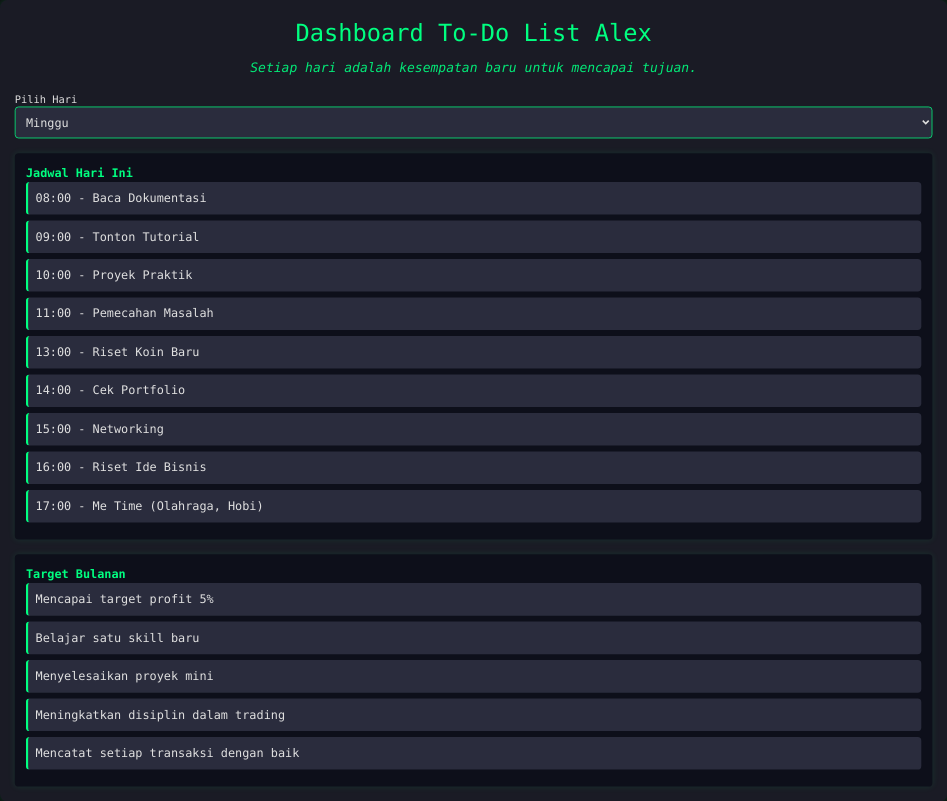
Repository: ALEX-RPL/To-Do-List
Page: index.html
An editor plug-in stored every save of this project. The page is shown before and after the next save, followed by the edit.
The browser window is 1280 px wide. The pictures show the whole page, at 74% of full size.
Some web libraries are served in a nearby version.

Above is the page before, as saved 2024-11-04 18:09:38.

After the next save:
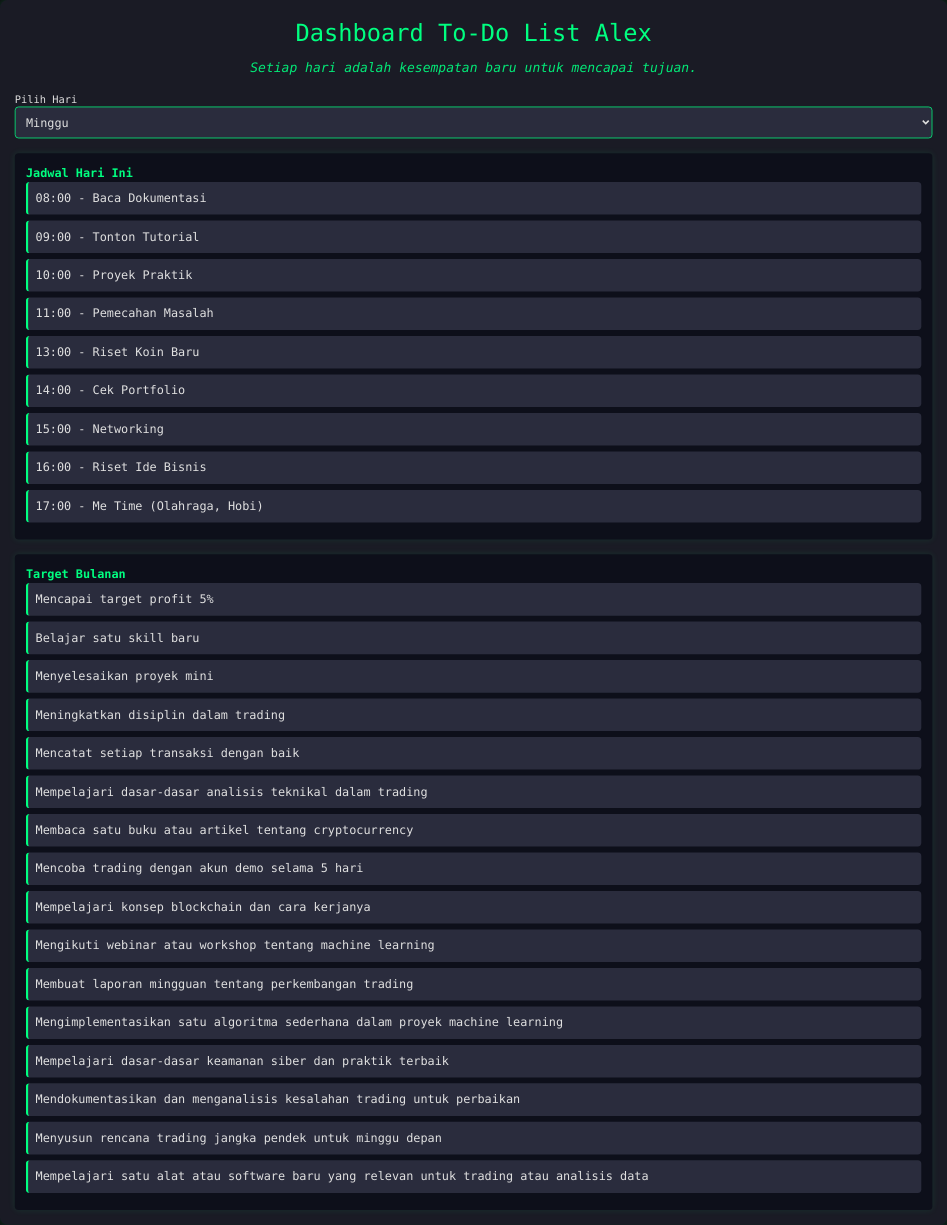
Saved 2 min 6 s later.
--- a/index.html
+++ b/index.html
@@ -216,12 +216,24 @@
     };
 
     const targetMingguan = [
-        "Mencapai target profit 5%",
-        "Belajar satu skill baru",
-        "Menyelesaikan proyek mini",
-        "Meningkatkan disiplin dalam trading",
-        "Mencatat setiap transaksi dengan baik"
-    ];
+    "Mencapai target profit 5%",
+    "Belajar satu skill baru",
+    "Menyelesaikan proyek mini",
+    "Meningkatkan disiplin dalam trading",
+    "Mencatat setiap transaksi dengan baik",
+    "Mempelajari dasar-dasar analisis teknikal dalam trading",
+    "Membaca satu buku atau artikel tentang cryptocurrency",
+    "Mencoba trading dengan akun demo selama 5 hari",
+    "Mempelajari konsep blockchain dan cara kerjanya",
+    "Mengikuti webinar atau workshop tentang machine learning",
+    "Membuat laporan mingguan tentang perkembangan trading",
+    "Mengimplementasikan satu algoritma sederhana dalam proyek machine learning",
+    "Mempelajari dasar-dasar keamanan siber dan praktik terbaik",
+    "Mendokumentasikan dan menganalisis kesalahan trading untuk perbaikan",
+    "Menyusun rencana trading jangka pendek untuk minggu depan",
+    "Mempelajari satu alat atau software baru yang relevan untuk trading atau analisis data"
+];
+
 
     const motivasi = [
     "Kesuksesan adalah hasil dari usaha yang tidak pernah berhenti.",
